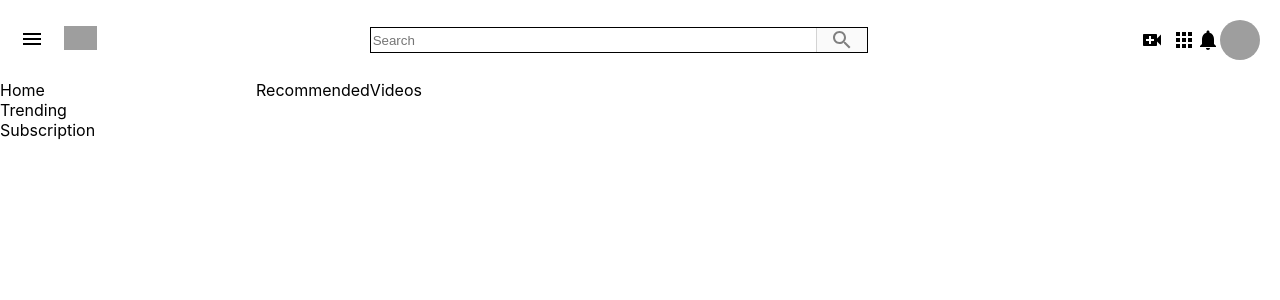
Repository: SubhashiniSundaresan/youtube-clone
Page: /search/
An editor plug-in stored every save of this project. The page is shown before and after the next save, followed by the edit.
The browser window is 1280 px wide. The pictures show the whole page.
Pictures or frames that could not be fetched are drawn as grey boxes. The project was rebuilt for these pictures with package versions that can differ from the ones it lists, and the page was loaded fresh each time.

Above is the page before, as saved 2020-12-23 15:21:17.

After the next save:
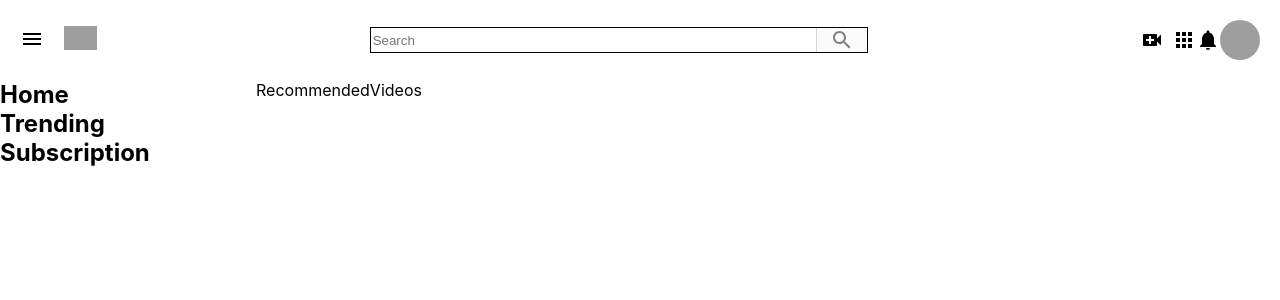
Saved 18 s later.
--- a/src/SidebarRow.js
+++ b/src/SidebarRow.js
@@ -1,7 +1,11 @@
 import React from "react";
 
 function SidebarRow({ title }) {
-  return <div>{title}</div>;
+  return (
+    <div>
+      <h2>{title}</h2>
+    </div>
+  );
 }
 
 export default SidebarRow;
